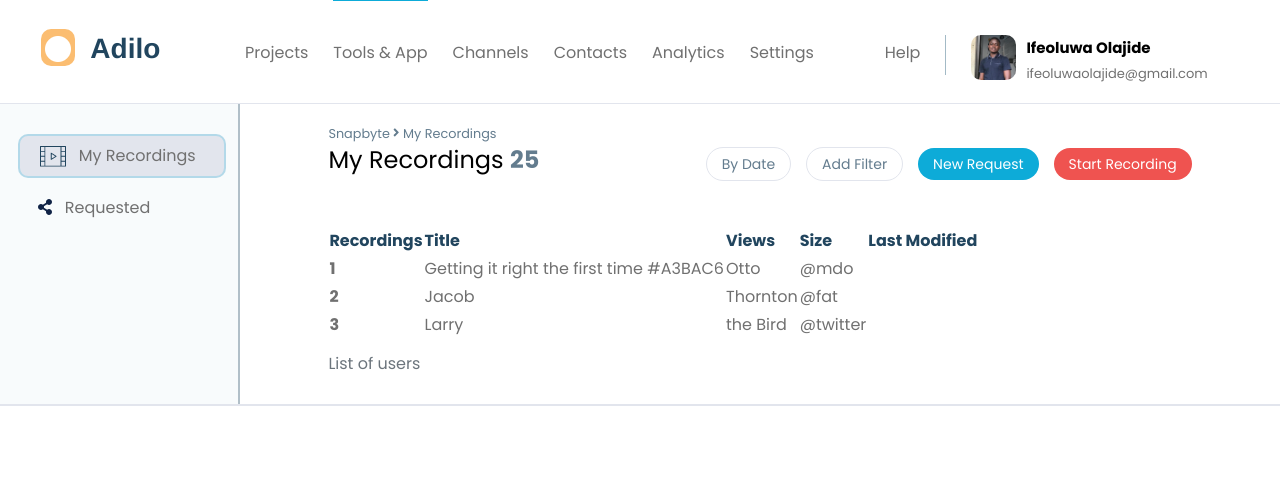
Repository: olhighjay/video_recorder
Page: /
The author's editor kept a copy of each file at every save. The page is drawn from the files as they stood at one save, then again after the next save.
The browser window is 1280 px wide. The pictures show the whole page.
Some web libraries are served in a nearby version. The project was rebuilt for these pictures with package versions that can differ from the ones it lists, and the page was loaded fresh each time. Also part of the build but not shown: vue.config.js.

Above is the page before, as saved 2022-07-29 06:03:46.

### public/index.html
<!DOCTYPE html>
<html lang="">
  <head>
    <meta charset="utf-8">
    <meta http-equiv="X-UA-Compatible" content="IE=edge">
    <meta name="viewport" content="width=device-width,initial-scale=1.0">
    <link rel="icon" href="<%= BASE_URL %>favicon.ico">
    <title><%= htmlWebpackPlugin.options.title %></title>
    <link rel="stylesheet" href="https://cdn.jsdelivr.net/npm/bootstrap@4.0.0/dist/css/bootstrap.min.css" integrity="sha384-Gn5384xqQ1aoWXA+058RXPxPg6fy4IWvTNh0E263XmFcJlSAwiGgFAW/dAiS6JXm" crossorigin="anonymous">
    <link rel="stylesheet" href="https://cdnjs.cloudflare.com/ajax/libs/font-awesome/5.1.0/css/all.css" integrity="sha512-ajhUYg8JAATDFejqbeN7KbF2zyPbbqz04dgOLyGcYEk/MJD3V+HJhJLKvJ2VVlqrr4PwHeGTTWxbI+8teA7snw==" crossorigin="anonymous" referrerpolicy="no-referrer" />
  </head>
  <body>
    <noscript>
      <strong>We're sorry but <%= htmlWebpackPlugin.options.title %> doesn't work properly without JavaScript enabled. Please enable it to continue.</strong>
    </noscript>
    <div id="app"></div>
    <!-- built files will be auto injected -->

    <script src="https://cdnjs.cloudflare.com/ajax/libs/font-awesome/5.1.0/js/all.js" integrity="sha512-vn7pO1RiR0IT5T9K+USTmMfkTaecOtFtCCV0JvT+j8ZPBujq6C3P5J2sHttG7D41pBPqLCih+7lIXamnFodtUw==" crossorigin="anonymous" referrerpolicy="no-referrer"></script>
    <script src="https://code.jquery.com/jquery-3.2.1.slim.min.js" integrity="sha384-KJ3o2DKtIkvYIK3UENzmM7KCkRr/rE9/Qpg6aAZGJwFDMVNA/GpGFF93hXpG5KkN" crossorigin="anonymous"></script>
<script src="https://cdn.jsdelivr.net/npm/popper.js@1.12.9/dist/umd/popper.min.js" integrity="sha384-ApNbgh9B+Y1QKtv3Rn7W3mgPxhU9K/ScQsAP7hUibX39j7fakFPskvXusvfa0b4Q" crossorigin="anonymous"></script>
<script src="https://cdn.jsdelivr.net/npm/bootstrap@4.0.0/dist/js/bootstrap.min.js" integrity="sha384-JZR6Spejh4U02d8jOt6vLEHfe/JQGiRRSQQxSfFWpi1MquVdAyjUar5+76PVCmYl" crossorigin="anonymous"></script>
  </body>
</html>

### src/App.vue
<template>
  <!-- <img alt="Vue logo" src="./assets/logo.png"> -->
  <div>
    <navbar></navbar>
    <div id="main-flex">
      <div class="my-sidebar">
        <ul class="my-sidebar-items">
            <li class="sidebar-item-active"> <img src="./assets/video-player.png" alt=""> &nbsp; My Recordings</li>
            <li> <i class="fa fa-share-alt" style="color:#102346"></i> &nbsp; Requested</li>
        </ul>
      </div>
        <div class="my-main">
          <div class="my-main-container">
            <div><small class="breadcrumbs">Snapbyte <i class="fa fa-angle-right" style="font-weight:200"></i> My Recordings</small></div>
            <div class="subheading-tab">
              <div> <span class="my-recordings">My Recordings </span><span class="my-recordings-count">25</span> </div>
              <div>
                <button class="sub-heading-btn white-btn">By Date</button>
                <button class="sub-heading-btn white-btn">Add Filter</button>
                <button class="sub-heading-btn blue-btn">New Request</button>
                <button class="sub-heading-btn red-btn">Start Recording</button>
              </div>
            </div>
            <!-- <div style="border: 1px dashed #A3BAC6; margin-top:30px;
              border-radius: 38px;
              opacity: 1; padding-top:105.9px; padding-bottom:68.5px">
              <p style="color: #000; font-size: 22px; text-align:center; font-weight:medium; margin-top:56px">Say hello to the world!</p>
              <p style="color: #637C8E; font-size: 14px; text-align:center;">Record your first video/audio and share it what your team, friends, <br />followers and customers.</p>
              <div class="text-center">
                <button class="sub-heading-btn red-btn">Start Recording</button>
                <button class="sub-heading-btn blue-btn">New Request</button>
              </div>
            </div>
            <div class="footer" style="margin-top:42px; margin-bottom: 140px">
              <div>

              </div>
              <div>
                <p style="font-size: 26px; color:#21455E">Want more controls & better <br />quality recording?</p>
                <button class="sub-heading-btn blue-btn">Download the desktop recorder</button>
              </div>
            </div> -->
            <div class="table-responsive-xl" style="margin-top:46.1px">
              <table class="">
  <caption>List of users</caption>
  <thead>
    <tr>
      <th scope="col" style="color:#21455E">Recordings</th>
      <th scope="col" style="color:#21455E">Title</th>
      <th scope="col" style="color:#21455E">Views</th>
      <th scope="col" style="color:#21455E">Size</th>
      <th scope="col" style="color:#21455E">Last Modified</th>
    </tr>
  </thead>
  <tbody>
    <tr>
      <th scope="row">1</th>
      <td>
        <span>Getting it right the first time </span>
        <span>#A3BAC6 </span>
      </td>
      <td>Otto</td>
      <td>@mdo</td>
    </tr>
    <tr>
      <th scope="row">2</th>
      <td>Jacob</td>
      <td>Thornton</td>
      <td>@fat</td>
    </tr>
    <tr>
      <th scope="row">3</th>
      <td>Larry</td>
      <td>the Bird</td>
      <td>@twitter</td>
    </tr>
  </tbody>
</table>
            </div>
          </div>
        </div>
    </div>
  </div>
</template>

<script>
// import HelloWorld from './components/HelloWorld.vue'
import Navbar from './layouts/Navbar.vue'

export default {
  name: 'App',
  components: {
    Navbar
  }
}
</script>


<style>
 @import url('https://fonts.googleapis.com/css2?family=Poppins:wght@400;500;700&display=swap');

#main-flex {
  display: flex;
  width: 100%;
}

.my-sidebar {
  flex: 0 0 240px;
  /* width: 20%; */
  /* height: 100%; */
  background-color: #ebf2f656;
  border-right: 2px solid #21455e54;
  /* border-right: 2px solid #21455E; */
  /* width:250px; */
}
.my-sidebar-items {
  list-style: none;
  padding: 20px 0;
}
.my-sidebar-items>li {
  margin : 10px 12px 10px 18px;
  padding: 7px 20px ;
}
.sidebar-item-active {
  background-color: #E2E5ED;
  border: 2px solid #0DABD838;
  border-radius: 10px;
}





.my-main {
  flex: 1;
  flex-wrap: wrap;
}
.my-main-container {
  padding: 1.5% 8.5%;
}
.subheading-tab {
  display: flex;
  justify-content: space-between;
}
.sub-heading-btn {
  padding: 3px 15px;
  border-radius: 20px;
  margin-left: 15px;
  font-size: 14px;
}
.white-btn {
  border: 1px solid #E2E5ED;
  background-color: white;
  color: #637C8E;
}
.blue-btn {
  border: none;
  background-color: #0DABD8;
  color: #fff;
}
.red-btn {
  border: none;
  background-color: #EF5350;
  color: #fff;
}
.my-recordings, .my-recordings-count {
  font-size: 24px;
  color: #000
}
.my-recordings {
  color: #000
}
.my-recordings-count {
  color: #637C8E;
  font-weight: 600;
}
.breadcrumbs {
  color:#637C8E;
}



#app {
  font-family: Avenir, Helvetica, Arial, sans-serif;
  font: normal normal normal 14px/26px Poppins;
  -webkit-font-smoothing: antialiased;
  -moz-osx-font-smoothing: grayscale;
   /* text-align: center; */
   font-size: 16px;
  color: #707070;
  border-bottom: solid 2px #E2E5ED;
  overflow: hidden;
  /* margin-top: 60px;  */
}


</style>

### src/layouts/Navbar.vue
<template>
    <nav class="">
      <div class="nav-logo-area">
        <div class="nav-logo-area-inner">
          <div class="white-logo-wrap">
            <span class="white-logo-bkg">
            <img alt="Adilo logo" src="../assets/swarm.png">
            </span>
          </div>
          <div class="adilo">Adilo</div>
        </div>
      </div>
      <div class="nav-tab">
        <ul class="my-nav-list">
          <li><a>Projects</a></li>
          <li class="active-nav-item"> <a>Tools & App</a></li>
          <li><a>Channels</a></li>
          <li><a>Contacts</a></li>
          <li><a>Analytics</a></li>
          <li><a>Settings</a></li>
        </ul>
      </div>
      <div class="nav-profile">
        <ul class="my-nav-list">
          <li><a>Help</a></li>
        </ul>
        <div class="profile-info">
          <div class="profile-border"></div>
          <div >
            <img alt="Profile Image" src="../assets/profile.jpg" class="profile-img">
          </div>
          <div style="margin-left:10px">
            <span class="profile-name">Ifeoluwa Olajide </span>
            <p class="profile-email">ifeoluwaolajide@gmail.com</p>
          </div>
        </div>
      </div>
    </nav>
</template>
<script>
export default {
    name: 'NavbarComponent'
}
</script>
<style>
     nav {
    display: flex;
    /* height: 69px; */
    padding: 0 0.032%;
    border-bottom: solid 1px #E2E5ED;
  }

  .nav-logo-area {
    flex: 0 0 16%;
    padding-left: 3.2%;
    padding-top: 19px;
    padding-bottom: 27px;
  }
  .nav-logo-area-inner {
    display: flex;
  }
  .nav-tab {
    flex: 0 0 50%;
  }
  .nav-profile {
    flex: 0 0 34%;
    display: flex;
  }
  .my-nav-list {
    list-style: none;
    padding-top: 40px;
  }
  .my-nav-list>li {
    display: inline;
    margin-right: 25px;
    padding-top: 40px;
  }
  .my-nav-list>li>a {
    text-align: left;
    /* font: normal normal normal 18px/27px Poppins; */
    letter-spacing: 0px;
    color: #707070;
    opacity: 1
  }
  .white-logo-wrap {
    padding-top:16px;
  }
  .white-logo-bkg {
    background-color:#FBBD71;
    padding:7px 4px;
    border-radius:10px;
  }
  .adilo {
    font: normal normal bold 28px/32px Helvetica;
    font-size:28px;
    margin-left:15px;
    font-weight:bold;
    color:#21455E;
    padding-top:14px;
  }
  .profile-info {
    padding-top:35px;
    display:flex;
  }
  .active-nav-item {
    border-top: 6px solid #0DABD8;
  }
  .profile-border {
    border-left: 1px solid #A3BAC6;
    padding-left:25px;
    height:40px;
  }
  .profile-img {
    width:45px; height: 45px;
    border-radius:10px;
  }
  .profile-name {
    font-weight:bold;
    font-size:15px;
    color:black;
  }
  .profile-email {
    font-size:13px;
  }
</style>

Loaded but not shown: src/main.js (common file)

After the next save:
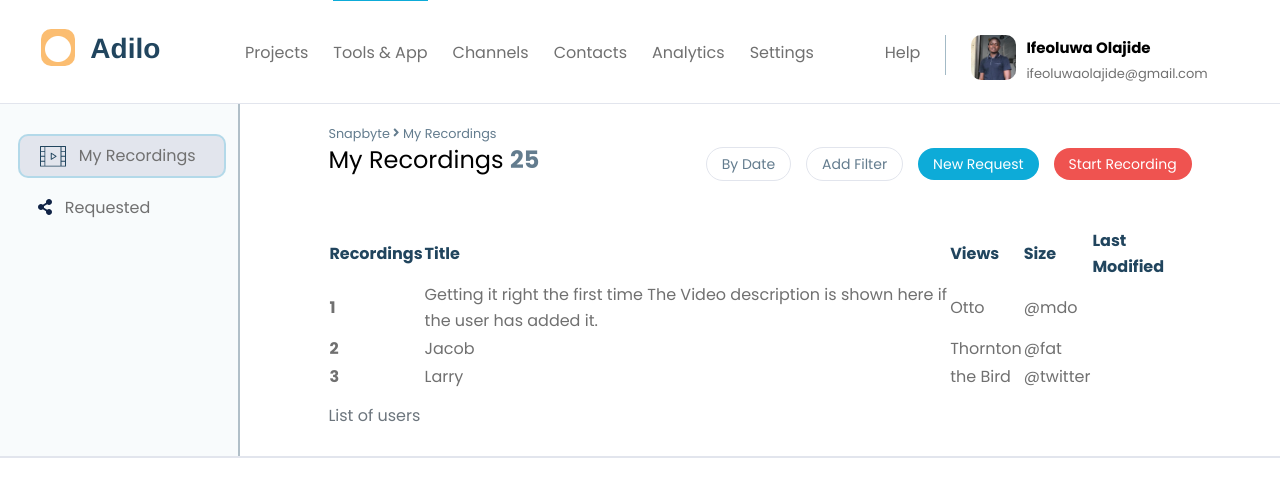
Saved 9 s later.
--- a/src/App.vue
+++ b/src/App.vue
@@ -57,7 +57,7 @@
       <th scope="row">1</th>
       <td>
         <span>Getting it right the first time </span>
-        <span>#A3BAC6 </span>
+        <span>The Video description is shown here if the user has added it. </span>
       </td>
       <td>Otto</td>
       <td>@mdo</td>
